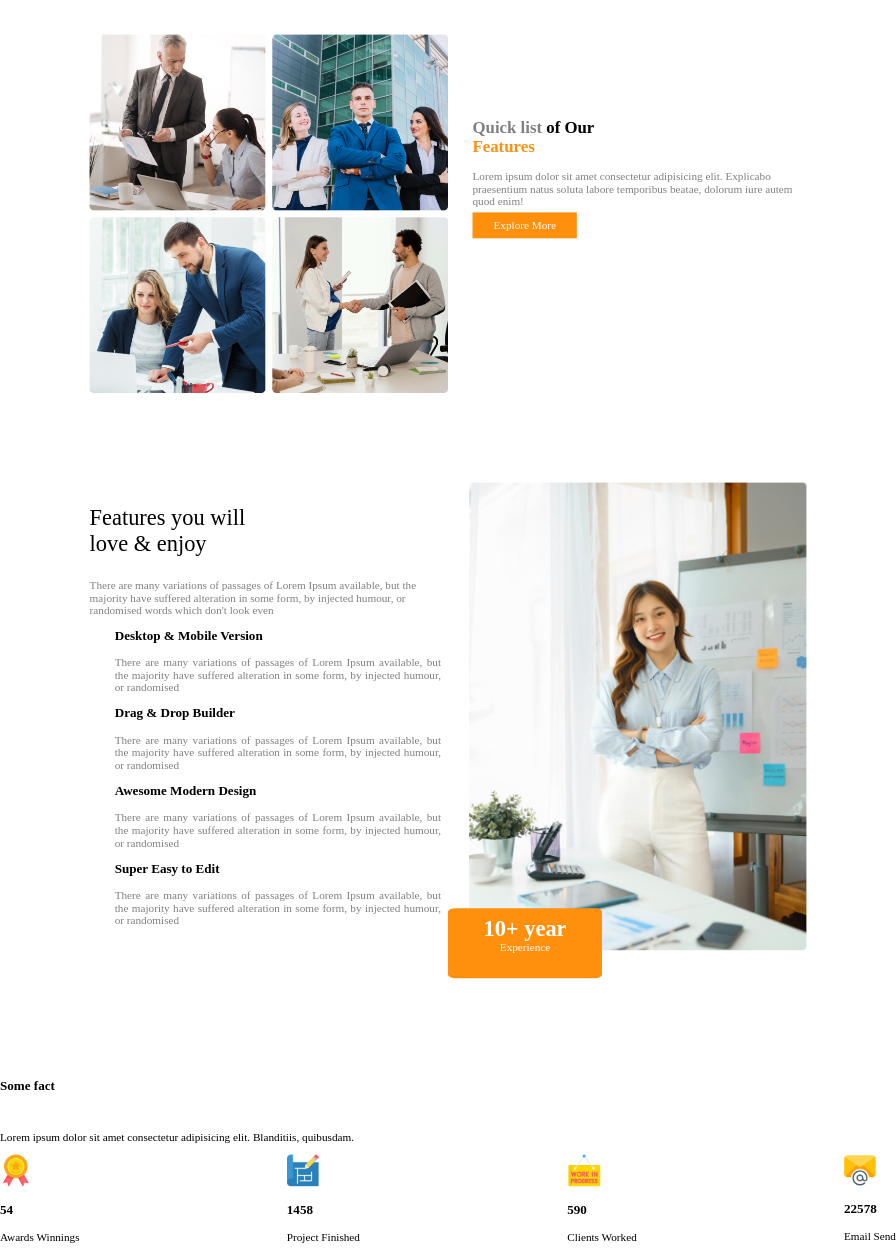
Repository: sadiaafsana138/Architect
Page: index.html
These files come from the project's save history. The page is drawn as it stood at one moment and after the next save; the edit follows.
The browser window is 1280 px wide. The pictures show the part of the page from y = 1029 to 2949 px (the page is 2821 px tall before and 2949 px after), at 70% of full size.

Above is the page before, as saved 2023-01-16 18:00:55.

After the next save:
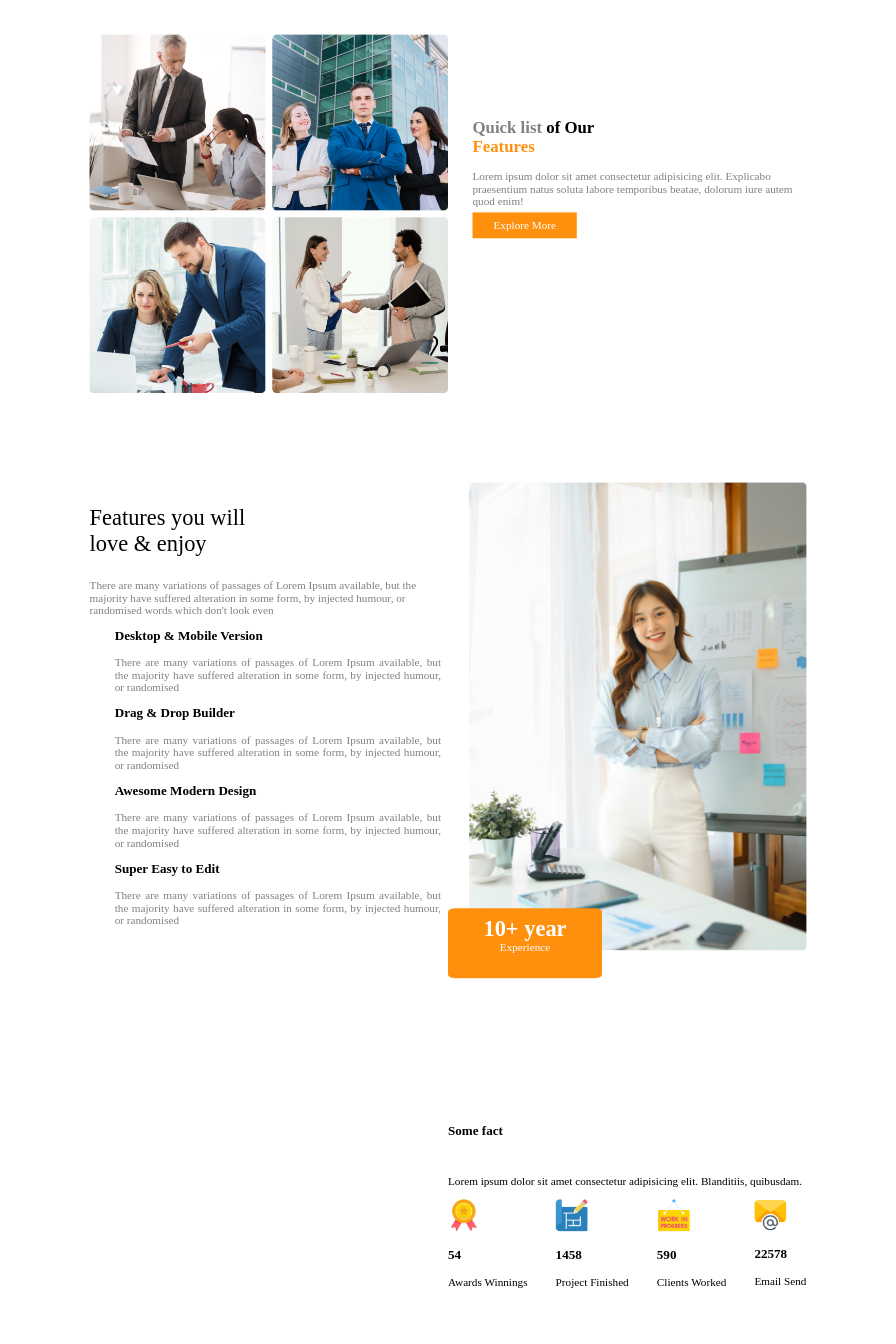
Saved 2 min 21 s later.
--- a/style.css
+++ b/style.css
@@ -212,6 +212,13 @@
   margin-right: 10px;
 }
 /*--section-4 Some Facts*/
+
+.section-4{
+  padding-left: 50%;
+  padding-right: 10%;
+  padding-top: 5%;
+  padding-bottom: 5%;
+}
 #sec4items{
   display: flex;
   justify-content: space-between;
